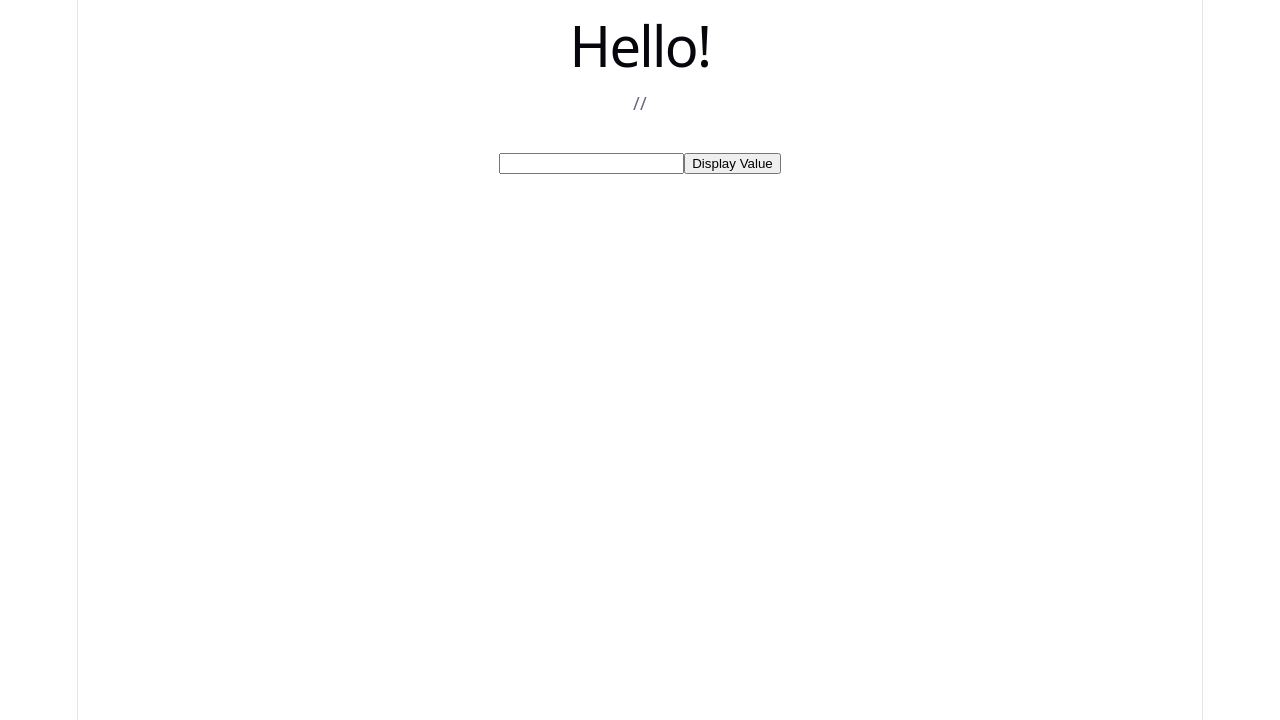
Repository: Gulzarokz/React_Course_Review
Page: / (app in vite-Project/)
The author's editor kept a copy of each file at every save. The page is drawn from the files as they stood at one save, then again after the next save.
The browser window is 1280 px wide. The pictures show the whole page.
The project was rebuilt for these pictures with package versions that can differ from the ones it lists, and the page was loaded fresh each time. Also part of the build but not shown: vite-Project/vite.config.js, vite-Project/src/App.css.

Above is the page before, as saved 2026-04-17 00:13:51.

### vite-Project/index.html
<!doctype html>
<html lang="en">
  <head>
    <meta charset="UTF-8" />
    <link rel="icon" type="image/svg+xml" href="/favicon.svg" />
    <meta name="viewport" content="width=device-width, initial-scale=1.0" />
    <title>vite-project</title>
  </head>
  <body>
    <div id="root"></div>
    <script type="module" src="/src/main.jsx"></script>
  </body>
</html>

### vite-Project/src/index.css
:root {
  --text: #6b6375;
  --text-h: #08060d;
  --bg: #fff;
  --border: #e5e4e7;
  --code-bg: #f4f3ec;
  --accent: #aa3bff;
  --accent-bg: rgba(170, 59, 255, 0.1);
  --accent-border: rgba(170, 59, 255, 0.5);
  --social-bg: rgba(244, 243, 236, 0.5);
  --shadow:
    rgba(0, 0, 0, 0.1) 0 10px 15px -3px, rgba(0, 0, 0, 0.05) 0 4px 6px -2px;

  --sans: system-ui, 'Segoe UI', Roboto, sans-serif;
  --heading: system-ui, 'Segoe UI', Roboto, sans-serif;
  --mono: ui-monospace, Consolas, monospace;

  font: 18px/145% var(--sans);
  letter-spacing: 0.18px;
  color-scheme: light dark;
  color: var(--text);
  background: var(--bg);
  font-synthesis: none;
  text-rendering: optimizeLegibility;
  -webkit-font-smoothing: antialiased;
  -moz-osx-font-smoothing: grayscale;

  @media (max-width: 1024px) {
    font-size: 16px;
  }
}

@media (prefers-color-scheme: dark) {
  :root {
    --text: #9ca3af;
    --text-h: #f3f4f6;
    --bg: #16171d;
    --border: #2e303a;
    --code-bg: #1f2028;
    --accent: #c084fc;
    --accent-bg: rgba(192, 132, 252, 0.15);
    --accent-border: rgba(192, 132, 252, 0.5);
    --social-bg: rgba(47, 48, 58, 0.5);
    --shadow:
      rgba(0, 0, 0, 0.4) 0 10px 15px -3px, rgba(0, 0, 0, 0.25) 0 4px 6px -2px;
  }

  #social .button-icon {
    filter: invert(1) brightness(2);
  }
}

body {
  margin: 0;
}

#root {
  width: 1126px;
  max-width: 100%;
  margin: 0 auto;
  text-align: center;
  border-inline: 1px solid var(--border);
  min-height: 100svh;
  display: flex;
  flex-direction: column;
  box-sizing: border-box;
}

h1,
h2 {
  font-family: var(--heading);
  font-weight: 500;
  color: var(--text-h);
}

h1 {
  font-size: 56px;
  letter-spacing: -1.68px;
  margin: 32px 0;
  @media (max-width: 1024px) {
    font-size: 36px;
    margin: 20px 0;
  }
}
h2 {
  font-size: 24px;
  line-height: 118%;
  letter-spacing: -0.24px;
  margin: 0 0 8px;
  @media (max-width: 1024px) {
    font-size: 20px;
  }
}
p {
  margin: 0;
}

code,
.counter {
  font-family: var(--mono);
  display: inline-flex;
  border-radius: 4px;
  color: var(--text-h);
}

code {
  font-size: 15px;
  line-height: 135%;
  padding: 4px 8px;
  background: var(--code-bg);
}

### vite-Project/src/App.jsx
import './App.css';
import InputFieldValue from './InputFieldValue';

function App() {

  return (
    <>
      <h1>Hello!</h1>

      <InputFieldValue />

    </>
  )
}
export default App

### vite-Project/src/InputFieldValue.jsx

import React, { useState } from 'react'

const InputFieldValue = () => {
    const [data, setData] = useState(null)
    const [print, setPrint] = useState(false)

    function inputValue(e) {
        // console.log(e.target.value);
        setData(e.target.value)

    }
    return (
        <div>

            {
                print ? <h1>{data}</h1> : null
            }

            // <h1>{data}</h1>
            <input type="text" onChange={inputValue} />
            <button onClick={() => { }}>Display Value</button>
        </div>
    )
}

export default InputFieldValue

Loaded but not shown: vite-Project/src/main.jsx (common file)

After the next save:
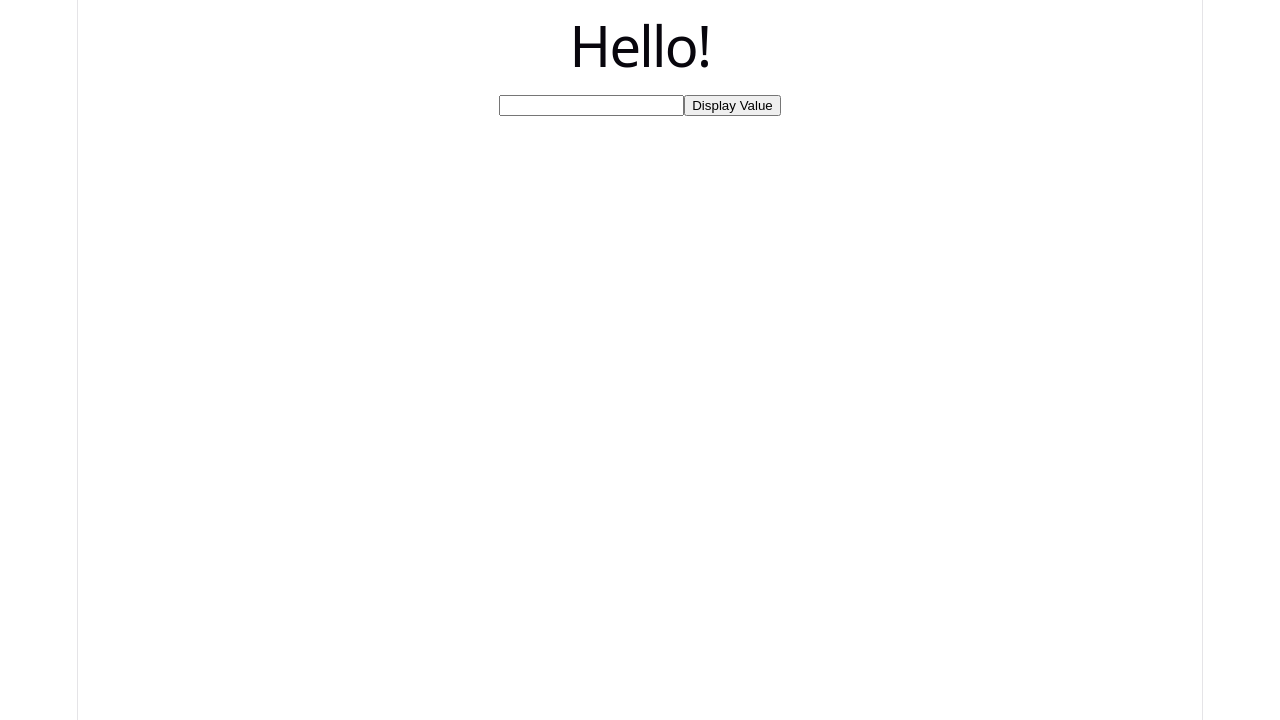
Saved 59 s later.
--- a/vite-Project/src/InputFieldValue.jsx
+++ b/vite-Project/src/InputFieldValue.jsx
@@ -8,6 +8,7 @@ const InputFieldValue = () => {
     function inputValue(e) {
         // console.log(e.target.value);
         setData(e.target.value)
+        setPrint(false)
 
     }
     return (
@@ -17,9 +18,9 @@ const InputFieldValue = () => {
                 print ? <h1>{data}</h1> : null
             }
 
-            // <h1>{data}</h1>
+            {/* // <h1>{data}</h1> */}
             <input type="text" onChange={inputValue} />
-            <button onClick={() => { }}>Display Value</button>
+            <button onClick={() => { setData(true) }}>Display Value</button>
         </div>
     )
 }
